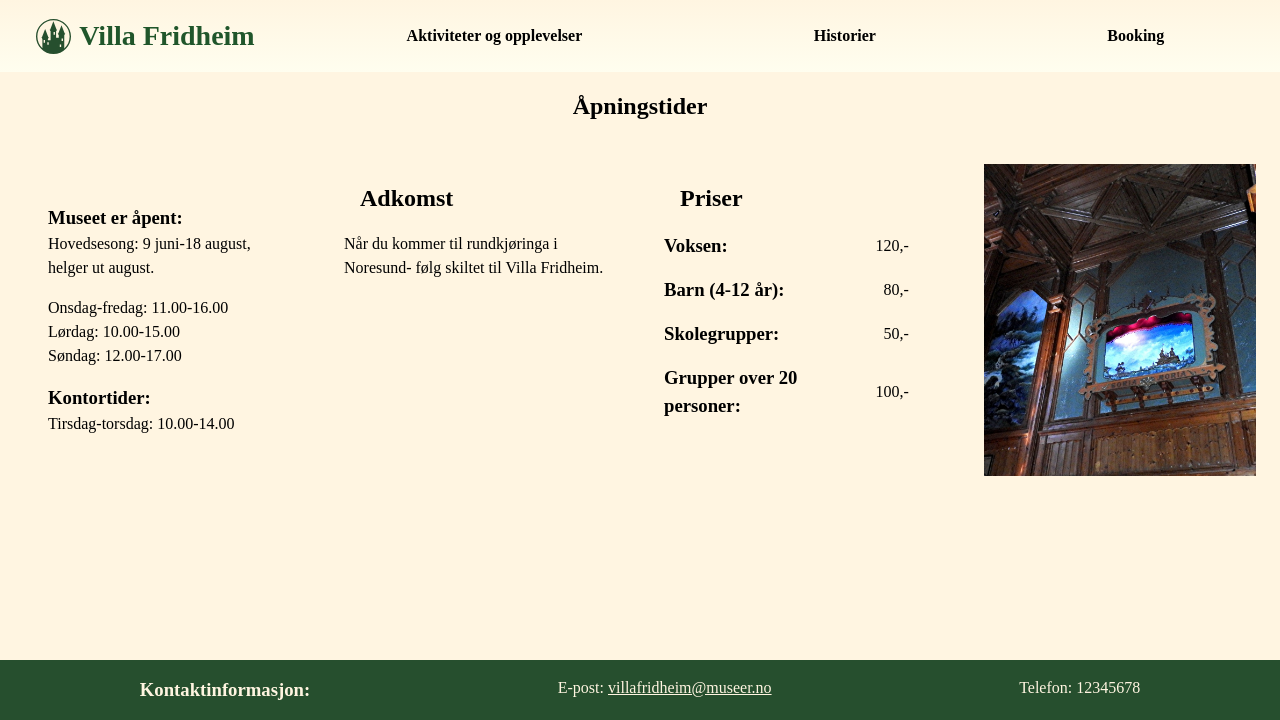
Repository: IdaHolmen/villa-fridheim
Page: src/info.html
An editor plug-in stored every save of this project. The page is shown before and after the next save, followed by the edit.
The browser window is 1280 px wide. The pictures show the whole page.
Some web fonts or font styles are not loaded; a fallback is used.

Above is the page before, as saved 2024-10-12 17:43:41.

After the next save:
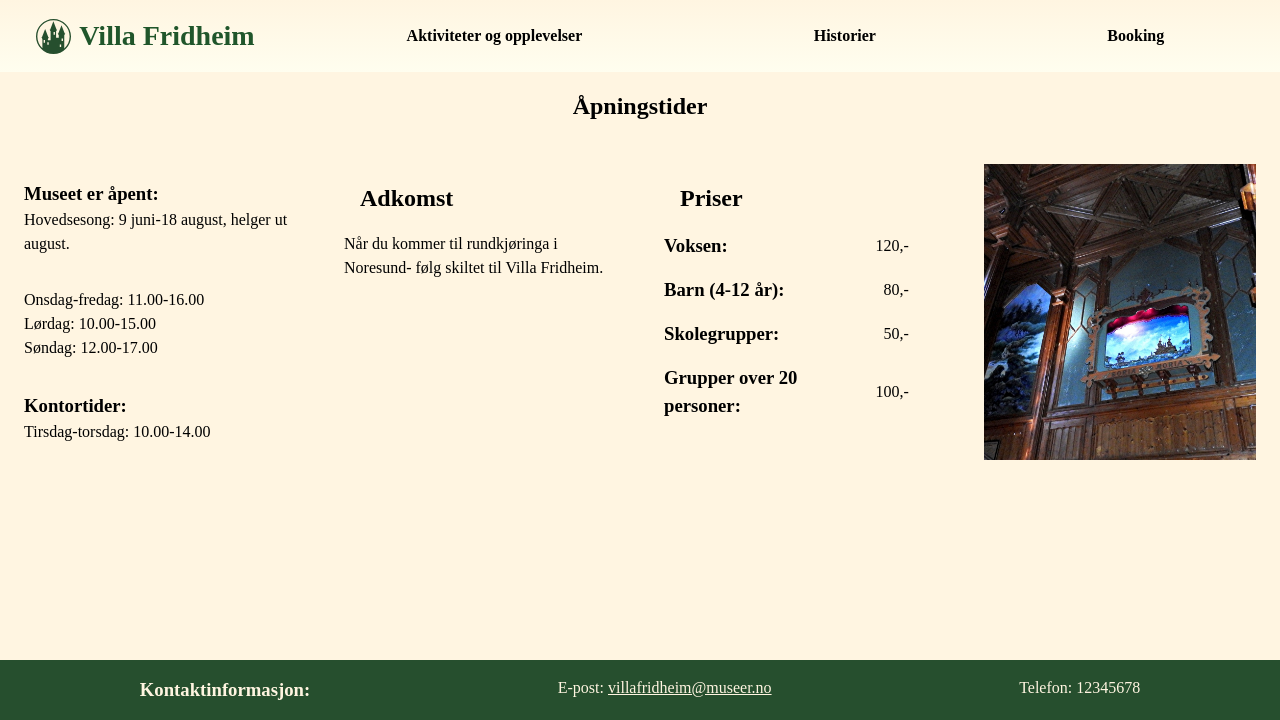
Saved 17 s later.
--- a/src/info.html
+++ b/src/info.html
@@ -31,7 +31,7 @@
             <h2 class="section-headline">Åpningstider</h2>
             <section class="activities-section">
                 <div class="info-text-container">
-                    <article class="info-text-container">
+                    <article class="activities">
                         <div class="hours">
                             <h3>Museet er åpent:</h3>
                             <p>Hovedsesong: 9 juni-18 august, helger ut august.</p>
